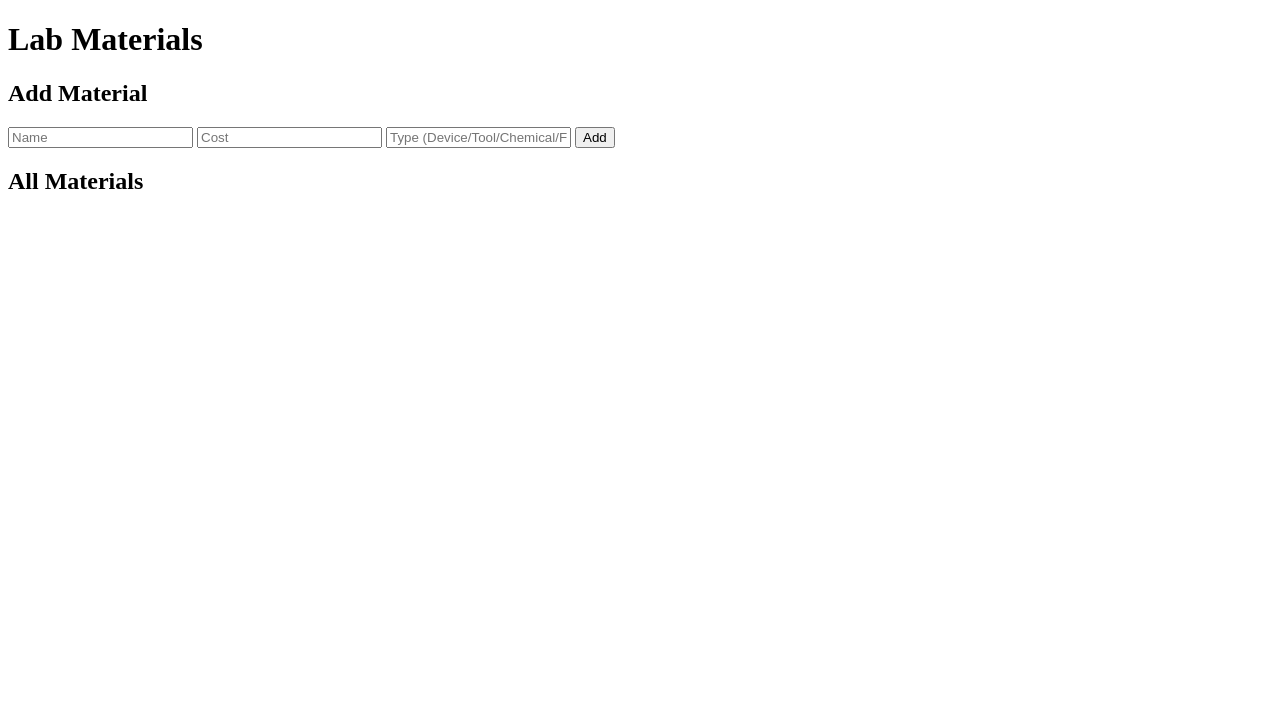
Repository: ShahdKItany/jusoorLabDB
Page: index.html
These files come from the project's save history. The page is drawn as it stood at one moment and after the next save; the edit follows.
The browser window is 1280 px wide. The pictures show the whole page.
The page's requests for data from a server got no answer.

Above is the page before, as saved 2025-04-12 23:58:59.

### index.html
<!DOCTYPE html>
<html lang="en">
<head>
  <meta charset="UTF-8" />
  <title>Lab Materials</title>
</head>
<body>
  <h1>Lab Materials</h1>

  <div>
    <h2>Add Material</h2>
    <form id="materialForm">
      <input type="text" id="name" placeholder="Name" required />
      <input type="number" id="cost" placeholder="Cost" required />
      <input type="text" id="type" placeholder="Type (Device/Tool/Chemical/Food)" required />
      <button type="submit">Add</button>
    </form>
  </div>

  <div>
    <h2>All Materials</h2>
    <ul id="materialsList"></ul>
  </div>

  <script>
    // Fetch and display all materials
    async function fetchMaterials() {
      const res = await fetch('http://localhost:5000/api/materials');
      const materials = await res.json();
      const list = document.getElementById('materialsList');
      list.innerHTML = '';
      materials.forEach((mat) => {
        const li = document.createElement('li');
        li.textContent = `${mat.name} - ${mat.type} - $${mat.cost}`;
        list.appendChild(li);
      });
    }

    // Handle material creation
    document.getElementById('materialForm').addEventListener('submit', async (e) => {
      e.preventDefault();
      const name = document.getElementById('name').value;
      const cost = document.getElementById('cost').value;
      const type = document.getElementById('type').value;

      const response = await fetch('http://localhost:5000/api/materials', {
        method: 'POST',
        headers: { 'Content-Type': 'application/json' },
        body: JSON.stringify({ name, cost, type }),
      });

      const data = await response.json();
      if (response.ok) {
        alert('Material added!');
        fetchMaterials();
      } else {
        alert(`Error: ${data.message}`);
      }
    });

    // Initial load
    fetchMaterials();
  </script>
</body>
</html>

After the next save:
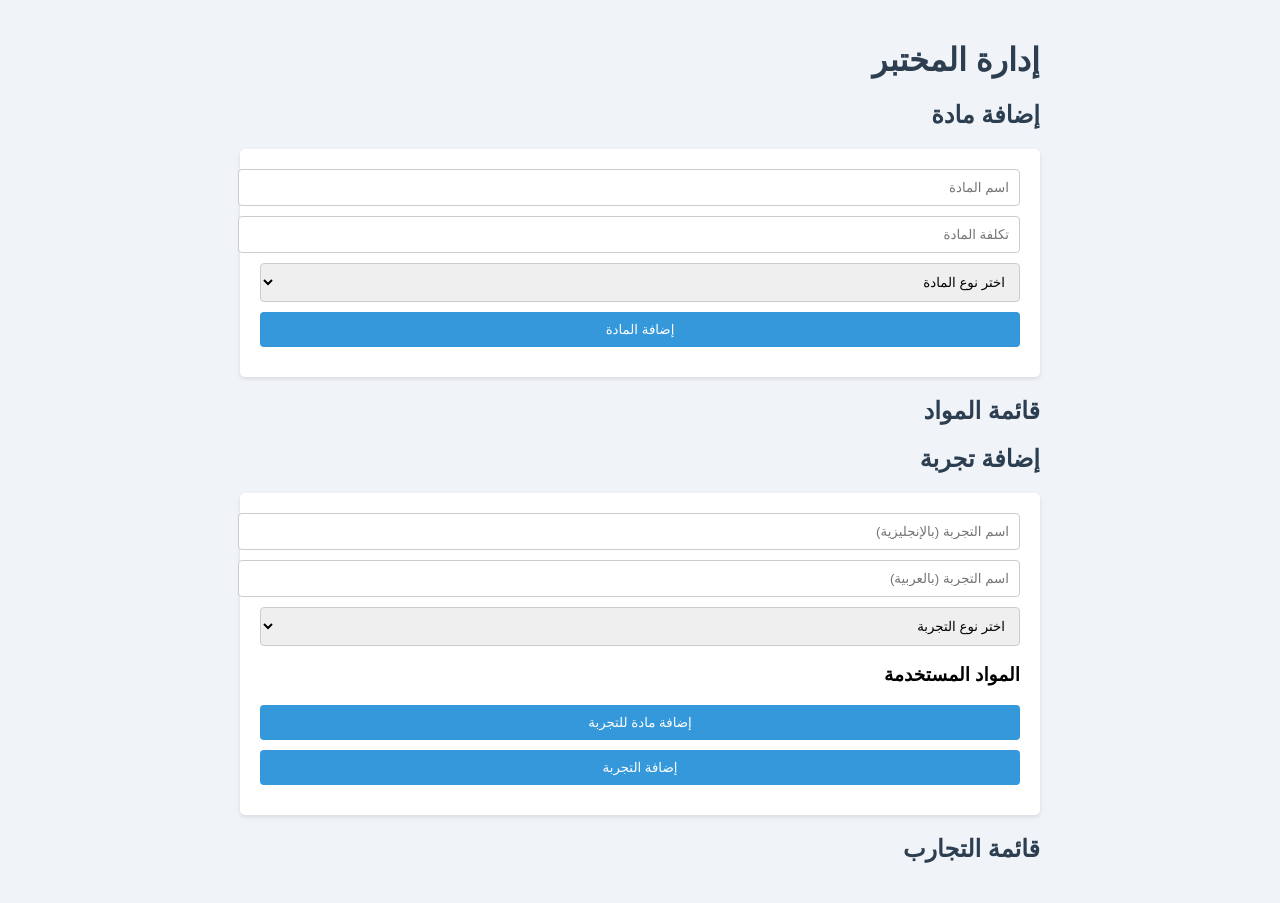
Saved 1 s later.
--- a/index.html
+++ b/index.html
@@ -1,65 +1,107 @@
 <!DOCTYPE html>
-<html lang="en">
+<html lang="ar">
 <head>
   <meta charset="UTF-8" />
-  <title>Lab Materials</title>
+  <title>إدارة المختبر</title>
+  <style>
+    body {
+      font-family: Arial, sans-serif;
+      background-color: #f0f4f8;
+      margin: 0;
+      padding: 20px;
+      direction: rtl;
+    }
+    h1, h2 {
+      color: #2c3e50;
+    }
+    .container {
+      max-width: 800px;
+      margin: auto;
+    }
+    form {
+      background-color: #ffffff;
+      padding: 20px;
+      margin-bottom: 20px;
+      border-radius: 5px;
+      box-shadow: 0 2px 4px rgba(0,0,0,0.1);
+    }
+    input, select, button {
+      display: block;
+      width: 100%;
+      margin-bottom: 10px;
+      padding: 10px;
+      border: 1px solid #ccc;
+      border-radius: 4px;
+    }
+    button {
+      background-color: #3498db;
+      color: white;
+      border: none;
+      cursor: pointer;
+    }
+    button:hover {
+      background-color: #2980b9;
+    }
+    ul {
+      list-style-type: none;
+      padding: 0;
+    }
+    li {
+      background-color: #ffffff;
+      padding: 10px;
+      margin-bottom: 10px;
+      border-radius: 5px;
+      box-shadow: 0 1px 3px rgba(0,0,0,0.1);
+    }
+  </style>
 </head>
 <body>
-  <h1>Lab Materials</h1>
+  <div class="container">
+    <h1>إدارة المختبر</h1>
 
-  <div>
-    <h2>Add Material</h2>
+    <h2>إضافة مادة</h2>
     <form id="materialForm">
-      <input type="text" id="name" placeholder="Name" required />
-      <input type="number" id="cost" placeholder="Cost" required />
-      <input type="text" id="type" placeholder="Type (Device/Tool/Chemical/Food)" required />
-      <button type="submit">Add</button>
+      <input type="text" id="materialName" placeholder="اسم المادة" required />
+      <input type="number" id="materialCost" placeholder="تكلفة المادة" required />
+      <select id="materialType" required>
+        <option value="">اختر نوع المادة</option>
+        <option value="جهاز">جهاز</option>
+        <option value="أداة">أداة</option>
+        <option value="مادة كيميائية">مادة كيميائية</option>
+        <option value="غذاء">غذاء</option>
+      </select>
+      <button type="submit">إضافة المادة</button>
     </form>
-  </div>
 
-  <div>
-    <h2>All Materials</h2>
+    <h2>قائمة المواد</h2>
     <ul id="materialsList"></ul>
+
+    <h2>إضافة تجربة</h2>
+    <form id="experimentForm">
+      <input type="text" id="experimentNameEn" placeholder="اسم التجربة (بالإنجليزية)" required />
+      <input type="text" id="experimentNameAr" placeholder="اسم التجربة (بالعربية)" required />
+      <select id="experimentType" required>
+        <option value="">اختر نوع التجربة</option>
+        <option value="فيزياء">فيزياء</option>
+        <option value="كيمياء">كيمياء</option>
+        <option value="أحياء">أحياء</option>
+        <option value="جيولوجيا">جيولوجيا</option>
+        <option value="علوم">علوم</option>
+      </select>
+      <div id="experimentMaterials">
+        <h3>المواد المستخدمة</h3>
+        <!-- سيتم إضافة حقول المواد هنا ديناميكيًا -->
+      </div>
+      <button type="button" id="addMaterialToExperiment">إضافة مادة للتجربة</button>
+      <button type="submit">إضافة التجربة</button>
+    </form>
+
+    <h2>قائمة التجارب</h2>
+    <ul id="experimentsList"></ul>
   </div>
 
   <script>
-    // Fetch and display all materials
-    async function fetchMaterials() {
-      const res = await fetch('http://localhost:5000/api/materials');
-      const materials = await res.json();
-      const list = document.getElementById('materialsList');
-      list.innerHTML = '';
-      materials.forEach((mat) => {
-        const li = document.createElement('li');
-        li.textContent = `${mat.name} - ${mat.type} - $${mat.cost}`;
-        list.appendChild(li);
-      });
-    }
-
-    // Handle material creation
-    document.getElementById('materialForm').addEventListener('submit', async (e) => {
-      e.preventDefault();
-      const name = document.getElementById('name').value;
-      const cost = document.getElementById('cost').value;
-      const type = document.getElementById('type').value;
-
-      const response = await fetch('http://localhost:5000/api/materials', {
-        method: 'POST',
-        headers: { 'Content-Type': 'application/json' },
-        body: JSON.stringify({ name, cost, type }),
-      });
-
-      const data = await response.json();
-      if (response.ok) {
-        alert('Material added!');
-        fetchMaterials();
-      } else {
-        alert(`Error: ${data.message}`);
-      }
-    });
-
-    // Initial load
-    fetchMaterials();
+    // سيتم إضافة كود JavaScript هنا
   </script>
 </body>
 </html>
